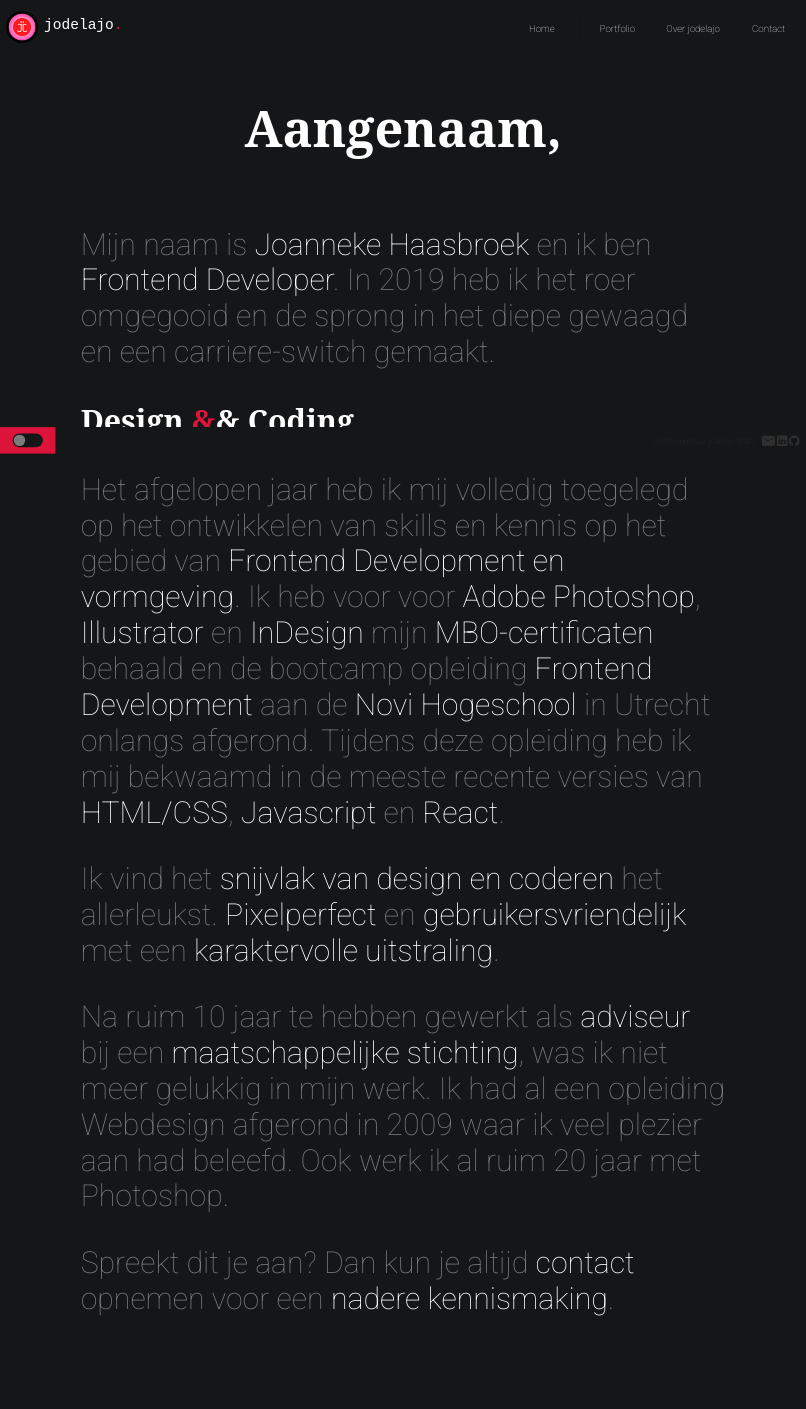
Repository: jodelajo/react-jodelajo
Page: /about
The author's editor kept a copy of each file at every save. The page is drawn from the files as they stood at one save, then again after the next save.
The browser window is 1280 px wide. The pictures show the whole page, at 63% of full size.
The project was rebuilt for these pictures with package versions that can differ from the ones it lists, and the page was loaded fresh each time. Also part of the build but not shown: src/pages/home/Home.js, src/pages/portfolioScreen/PortfolioScreen.module.css, src/pages/portfolioScreen/PortfolioScreen.js, src/pages/singlePortfolio/SinglePortfolio.module.css, src/components/characteristics/Characteristics.js, src/pages/singlePortfolio/SinglePortfolio.js, src/pages/contact/Contact.module.css, src/pages/contact/Contact.js.

Above is the page before, as saved 2021-09-20 14:25:08.

After the next save:
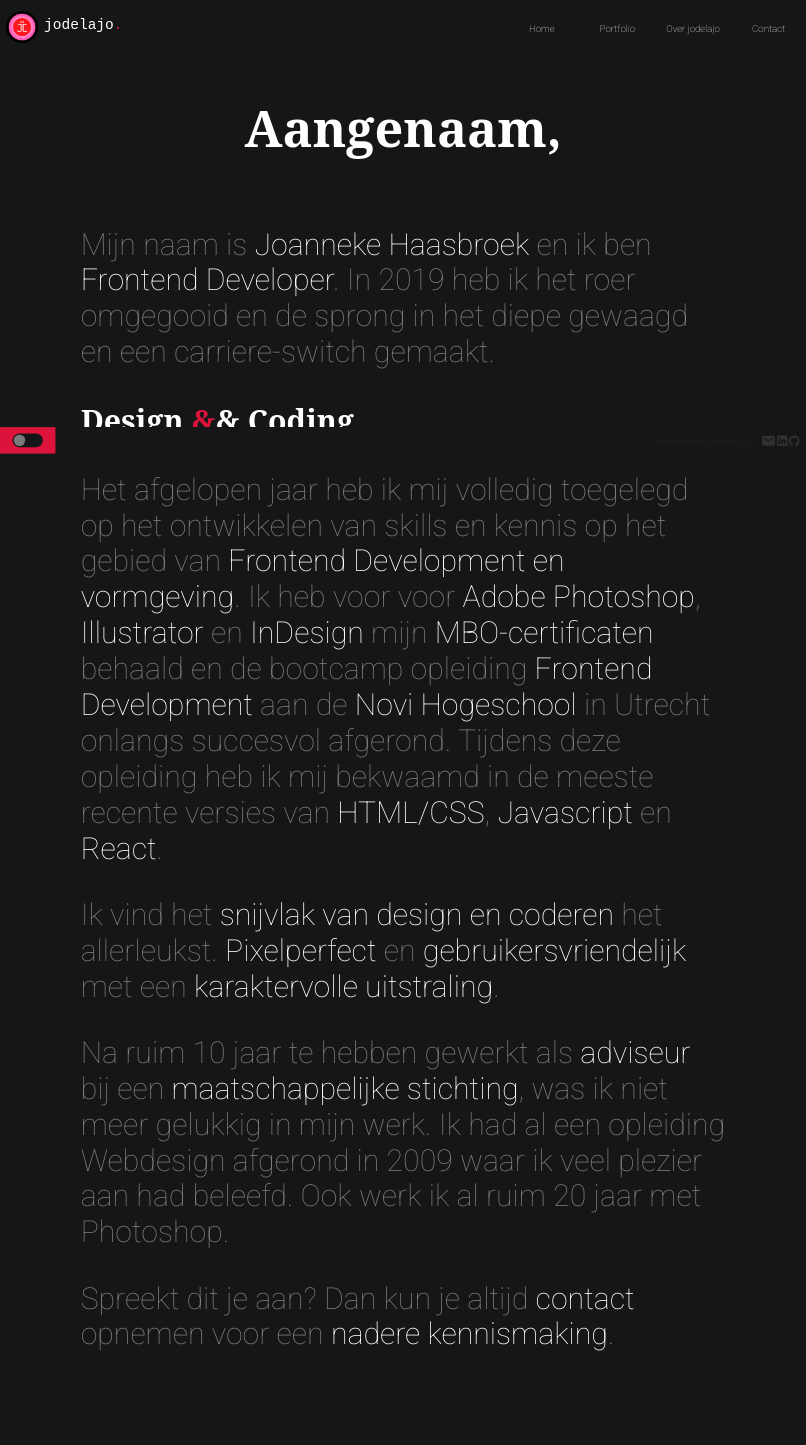
Saved 50 s later.
--- a/src/pages/about/About.js
+++ b/src/pages/about/About.js
@@ -30,7 +30,7 @@
           <span className={styles.accent}>MBO-certificaten</span> behaald en
           de bootcamp opleiding <span className={styles.accent}>Frontend Development</span>{" "}
           aan de <span className={styles.accent}>Novi Hogeschool</span> in
-          Utrecht onlangs afgerond. Tijdens deze opleiding heb ik mij bekwaamd in de meeste
+          Utrecht onlangs succesvol afgerond. Tijdens deze opleiding heb ik mij bekwaamd in de meeste
           recente versies van <span className={styles.accent}>HTML/CSS</span>,{" "}
           <span className={styles.accent}>Javascript</span> en{" "}
           <span className={styles.accent}>React</span>.
